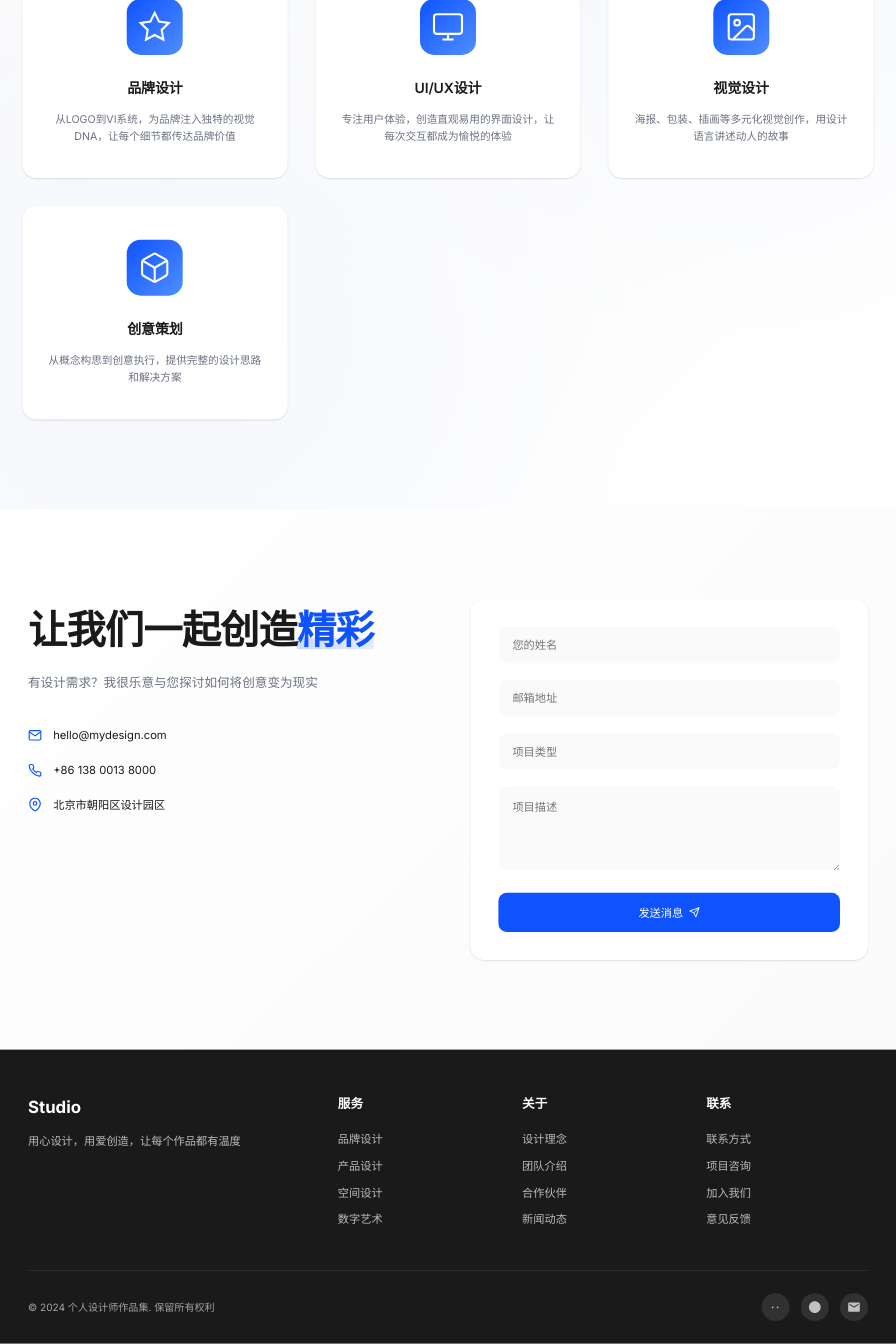
Repository: Nanzhexi/zhexi.github.io
Page: index.html
An editor plug-in stored every save of this project. The page is shown before and after the next save, followed by the edit.
The browser window is 1280 px wide. The pictures show the part of the page from y = 2638 to 4558 px (the page is 4558 px tall before and 3786 px after), at 70% of full size.

Above is the page before, as saved 2025-07-03 03:53:30.

### index.html
<!DOCTYPE html>
<html lang="zh-CN">
<head>
    <meta charset="UTF-8">
    <meta name="viewport" content="width=device-width, initial-scale=1.0">
    <title>个人设计师作品集</title>
    <link rel="stylesheet" href="./css/index.css">
    <link rel="preconnect" href="https://fonts.googleapis.com">
    <link rel="preconnect" href="https://fonts.gstatic.com" crossorigin>
    <link href="https://fonts.googleapis.com/css2?family=Inter:wght@300;400;500;600;700&display=swap" rel="stylesheet">
</head>

<body>
    <nav class="navbar">
        <div class="nav-brand">个人设计网站</div>
        <div class="nav-links">
            <a href="#hero" class="nav-link active">首页</a>
            <a href="#portfolio" class="nav-link">作品</a>
            <a href="#services" class="nav-link">关于我们</a>
        </div>
    </nav>

    <main id="hero" class="hero">
        <div class="hero-content">
            <h1 class="hero-title">
                我是<span class="highlight">视觉设计师</span><br>
                创造有温度的设计
            </h1>
            <p class="hero-subtitle">
                专注品牌视觉、UI/UX设计与创意表达，用设计连接人与美好
            </p>
            <button class="cta-button" onclick="document.getElementById('portfolio').scrollIntoView({behavior: 'smooth'})">
                查看作品
                <svg width="16" height="16" viewBox="0 0 24 24" fill="none" stroke="currentColor" stroke-width="2">
                    <path d="M5 12h14M12 5l7 7-7 7"/>
                </svg>
            </button>
        </div>
    </main>

    <section id="portfolio" class="portfolio">
        <div class="portfolio-content">
            <h2 class="portfolio-title">我的作品</h2>
            <p class="portfolio-subtitle">每一个项目都承载着我对设计的理解与热爱</p>

            <div class="portfolio-grid">
                <div class="portfolio-item large">
                    <img src="./images/1.png" alt="设计作品1" loading="lazy">
                    <div class="portfolio-overlay">
                        <div class="portfolio-info">
                            <h3>品牌视觉设计</h3>
                            <p>创意海报设计</p>
                        </div>
                    </div>
                </div>

                <div class="portfolio-item">
                    <img src="./images/2.jpg" alt="设计作品2" loading="lazy">
                    <div class="portfolio-overlay">
                        <div class="portfolio-info">
                            <h3>产品包装</h3>
                            <p>时尚配饰设计</p>
                        </div>
                    </div>
                </div>

                <div class="portfolio-item">
                    <img src="./images/3.jpg" alt="设计作品3" loading="lazy">
                    <div class="portfolio-overlay">
                        <div class="portfolio-info">
                            <h3>陶瓷艺术</h3>
                            <p>传统工艺现代化</p>
                        </div>
                    </div>
                </div>

                <div class="portfolio-item">
                    <img src="./images/4.jpg" alt="设计作品4" loading="lazy">
                    <div class="portfolio-overlay">
                        <div class="portfolio-info">
                            <h3>品牌形象</h3>
                            <p>可爱IP设计</p>
                        </div>
                    </div>
                </div>

                <div class="portfolio-item">
                    <img src="./images/6.png" alt="设计作品5" loading="lazy">
                    <div class="portfolio-overlay">
                        <div class="portfolio-info">
                            <h3>空间设计</h3>
                            <p>商业空间规划</p>
                        </div>
                    </div>
                </div>

                <div class="portfolio-item">
                    <img src="./images/7.png" alt="设计作品6" loading="lazy">
                    <div class="portfolio-overlay">
                        <div class="portfolio-info">
                            <h3>餐饮品牌</h3>
                            <p>传统文化融合</p>
                        </div>
                    </div>
                </div>

                <div class="portfolio-item">
                    <img src="./images/8.png" alt="设计作品7" loading="lazy">
                    <div class="portfolio-overlay">
                        <div class="portfolio-info">
                            <h3>数字艺术</h3>
                            <p>创新视觉表达</p>
                        </div>
                    </div>
                </div>
            </div>

            <button class="portfolio-button">
                查看更多作品
                <svg width="16" height="16" viewBox="0 0 24 24" fill="none" stroke="currentColor" stroke-width="2">
                    <path d="M5 12h14M12 5l7 7-7 7"/>
                </svg>
            </button>
        </div>
    </section>

    <!-- Services Section -->
    <section id="services" class="services">
        <div class="services-content">
            <div class="services-header">
                <h2 class="services-title">设计能力 <span class="highlight">全面覆盖</span></h2>
                <p class="services-subtitle">从概念到落地，我能为您提供完整的设计解决方案</p>
            </div>

            <div class="services-grid">
                <div class="service-card">
                    <div class="service-icon">
                        <svg width="48" height="48" viewBox="0 0 24 24" fill="none" stroke="currentColor" stroke-width="1.5">
                            <path d="M12 2l3.09 6.26L22 9.27l-5 4.87 1.18 6.88L12 17.77l-6.18 3.25L7 14.14 2 9.27l6.91-1.01L12 2z"/>
                        </svg>
                    </div>
                    <h3 class="service-title">品牌设计</h3>
                    <p class="service-description">从LOGO到VI系统，为品牌注入独特的视觉DNA，让每个细节都传达品牌价值</p>
                </div>

                <div class="service-card">
                    <div class="service-icon">
                        <svg width="48" height="48" viewBox="0 0 24 24" fill="none" stroke="currentColor" stroke-width="1.5">
                            <rect x="2" y="3" width="20" height="14" rx="2" ry="2"/>
                            <line x1="8" y1="21" x2="16" y2="21"/>
                            <line x1="12" y1="17" x2="12" y2="21"/>
                        </svg>
                    </div>
                    <h3 class="service-title">UI/UX设计</h3>
                    <p class="service-description">专注用户体验，创造直观易用的界面设计，让每次交互都成为愉悦的体验</p>
                </div>

                <div class="service-card">
                    <div class="service-icon">
                        <svg width="48" height="48" viewBox="0 0 24 24" fill="none" stroke="currentColor" stroke-width="1.5">
                            <rect x="3" y="3" width="18" height="18" rx="2" ry="2"/>
                            <circle cx="9" cy="9" r="2"/>
                            <path d="M21 15l-3.086-3.086a2 2 0 0 0-2.828 0L6 21"/>
                        </svg>
                    </div>
                    <h3 class="service-title">视觉设计</h3>
                    <p class="service-description">海报、包装、插画等多元化视觉创作，用设计语言讲述动人的故事</p>
                </div>

                <div class="service-card">
                    <div class="service-icon">
                        <svg width="48" height="48" viewBox="0 0 24 24" fill="none" stroke="currentColor" stroke-width="1.5">
                            <path d="M21 16V8a2 2 0 0 0-1-1.73l-7-4a2 2 0 0 0-2 0l-7 4A2 2 0 0 0 3 8v8a2 2 0 0 0 1 1.73l7 4a2 2 0 0 0 2 0l7-4A2 2 0 0 0 21 16z"/>
                            <polyline points="3.27,6.96 12,12.01 20.73,6.96"/>
                            <line x1="12" y1="22.08" x2="12" y2="12"/>
                        </svg>
                    </div>
                    <h3 class="service-title">创意策划</h3>
                    <p class="service-description">从概念构思到创意执行，提供完整的设计思路和解决方案</p>
                </div>
            </div>
        </div>
    </section>

    <!-- Contact Section -->
    <section id="contact" class="contact">
        <div class="contact-content">
            <div class="contact-text">
                <h2 class="contact-title">让我们一起创造<span class="highlight">精彩</span></h2>
                <p class="contact-subtitle">有设计需求？我很乐意与您探讨如何将创意变为现实</p>

                <div class="contact-info">
                    <div class="contact-item">
                        <svg width="20" height="20" viewBox="0 0 24 24" fill="none" stroke="currentColor" stroke-width="2">
                            <path d="M4 4h16c1.1 0 2 .9 2 2v12c0 1.1-.9 2-2 2H4c-1.1 0-2-.9-2-2V6c0-1.1.9-2 2-2z"/>
                            <polyline points="22,6 12,13 2,6"/>
                        </svg>
                        <span>hello@mydesign.com</span>
                    </div>

                    <div class="contact-item">
                        <svg width="20" height="20" viewBox="0 0 24 24" fill="none" stroke="currentColor" stroke-width="2">
                            <path d="M22 16.92v3a2 2 0 0 1-2.18 2 19.79 19.79 0 0 1-8.63-3.07 19.5 19.5 0 0 1-6-6 19.79 19.79 0 0 1-3.07-8.67A2 2 0 0 1 4.11 2h3a2 2 0 0 1 2 1.72 12.84 12.84 0 0 0 .7 2.81 2 2 0 0 1-.45 2.11L8.09 9.91a16 16 0 0 0 6 6l1.27-1.27a2 2 0 0 1 2.11-.45 12.84 12.84 0 0 0 2.81.7A2 2 0 0 1 22 16.92z"/>
                        </svg>
                        <span>+86 138 0013 8000</span>
                    </div>

                    <div class="contact-item">
                        <svg width="20" height="20" viewBox="0 0 24 24" fill="none" stroke="currentColor" stroke-width="2">
                            <path d="M21 10c0 7-9 13-9 13s-9-6-9-13a9 9 0 0 1 18 0z"/>
                            <circle cx="12" cy="10" r="3"/>
                        </svg>
                        <span>北京市朝阳区设计园区</span>
                    </div>
                </div>
            </div>

            <div class="contact-form">
                <form>
                    <div class="form-group">
                        <input type="text" placeholder="您的姓名" required>
                    </div>
                    <div class="form-group">
                        <input type="email" placeholder="邮箱地址" required>
                    </div>
                    <div class="form-group">
                        <input type="text" placeholder="项目类型">
                    </div>
                    <div class="form-group">
                        <textarea placeholder="项目描述" rows="4" required></textarea>
                    </div>
                    <button type="submit" class="submit-button">
                        发送消息
                        <svg width="16" height="16" viewBox="0 0 24 24" fill="none" stroke="currentColor" stroke-width="2">
                            <line x1="22" y1="2" x2="11" y2="13"/>
                            <polygon points="22,2 15,22 11,13 2,9 22,2"/>
                        </svg>
                    </button>
                </form>
            </div>
        </div>
    </section>

    <!-- Footer -->
    <footer class="footer">
        <div class="footer-content">
            <div class="footer-left">
                <div class="footer-brand">Studio</div>
                <p>用心设计，用爱创造，让每个作品都有温度</p>
            </div>

            <div class="footer-links">
                <div class="footer-column">
                    <h4>服务</h4>
                    <a href="#">品牌设计</a>
                    <a href="#">产品设计</a>
                    <a href="#">空间设计</a>
                    <a href="#">数字艺术</a>
                </div>

                <div class="footer-column">
                    <h4>关于</h4>
                    <a href="#">设计理念</a>
                    <a href="#">团队介绍</a>
                    <a href="#">合作伙伴</a>
                    <a href="#">新闻动态</a>
                </div>

                <div class="footer-column">
                    <h4>联系</h4>
                    <a href="#">联系方式</a>
                    <a href="#">项目咨询</a>
                    <a href="#">加入我们</a>
                    <a href="#">意见反馈</a>
                </div>
            </div>
        </div>

        <div class="footer-bottom">
            <p>&copy; 2024 个人设计师作品集. 保留所有权利</p>
            <div class="social-links">
                <a href="#" aria-label="微信">
                    <svg width="20" height="20" viewBox="0 0 24 24" fill="currentColor">
                        <path d="M8.5 12.5c0 .8-.7 1.5-1.5 1.5s-1.5-.7-1.5-1.5.7-1.5 1.5-1.5 1.5.7 1.5 1.5zm7-1.5c-.8 0-1.5.7-1.5 1.5s.7 1.5 1.5 1.5 1.5-.7 1.5-1.5-.7-1.5-1.5-1.5z"/>
                    </svg>
                </a>
                <a href="#" aria-label="微博">
                    <svg width="20" height="20" viewBox="0 0 24 24" fill="currentColor">
                        <path d="M12 2C6.48 2 2 6.48 2 12s4.48 10 10 10 10-4.48 10-10S17.52 2 12 2z"/>
                    </svg>
                </a>
                <a href="#" aria-label="邮箱">
                    <svg width="20" height="20" viewBox="0 0 24 24" fill="currentColor">
                        <path d="M20 4H4c-1.1 0-1.99.9-1.99 2L2 18c0 1.1.9 2 2 2h16c1.1 0 2-.9 2-2V6c0-1.1-.9-2-2-2zm0 4l-8 5-8-5V6l8 5 8-5v2z"/>
                    </svg>
                </a>
            </div>
        </div>
    </footer>

    <script>
        // 平滑滚动导航
        document.querySelectorAll('a[href^="#"]').forEach(anchor => {
            anchor.addEventListener('click', function (e) {
                e.preventDefault();
                const target = document.querySelector(this.getAttribute('href'));
                if (target) {
                    target.scrollIntoView({
                        behavior: 'smooth',
                        block: 'start'
                    });
                }
            });
        });

        // 导航栏滚动效果和活动状态
        window.addEventListener('scroll', () => {
            const navbar = document.querySelector('.navbar');
            const sections = document.querySelectorAll('section, main');
            const navLinks = document.querySelectorAll('.nav-link');

            // 导航栏背景效果
            if (window.scrollY > 50) {
                navbar.classList.add('scrolled');
            } else {
                navbar.classList.remove('scrolled');
            }

            // 活动状态
            let current = '';
            sections.forEach(section => {
                const sectionTop = section.offsetTop;
                const sectionHeight = section.clientHeight;
                if (scrollY >= (sectionTop - 200)) {
                    current = section.getAttribute('id');
                }
            });

            navLinks.forEach(link => {
                link.classList.remove('active');
                if (link.getAttribute('href') === `#${current}`) {
                    link.classList.add('active');
                }
            });
        });

        // 表单提交处理
        document.querySelector('form').addEventListener('submit', function(e) {
            e.preventDefault();

            // 获取表单数据
            const formData = new FormData(this);
            const name = this.querySelector('input[type="text"]').value;
            const email = this.querySelector('input[type="email"]').value;
            const project = this.querySelector('input[type="text"]:nth-of-type(2)').value;
            const message = this.querySelector('textarea').value;

            // 简单验证
            if (!name || !email || !message) {
                alert('请填写必填字段');
                return;
            }

            // 模拟发送成功
            alert('消息发送成功！我们会尽快回复您。');
            this.reset();
        });
    </script>
</body>
</html>

Loaded but not shown: css/index.css (1106 lines, source omitted)

After the next save:
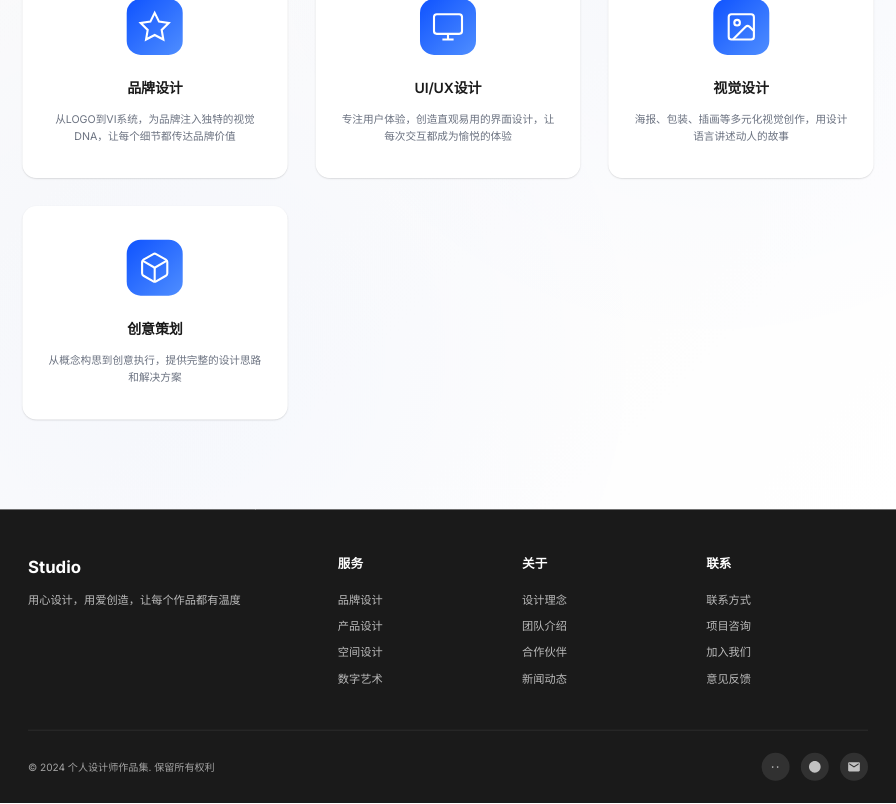
Console error: TypeError: Cannot read properties of null (reading 'addEventListener')
Saved 23 s later.
--- a/index.html
+++ b/index.html
@@ -182,64 +182,7 @@
         </div>
     </section>
 
-    <!-- Contact Section -->
-    <section id="contact" class="contact">
-        <div class="contact-content">
-            <div class="contact-text">
-                <h2 class="contact-title">让我们一起创造<span class="highlight">精彩</span></h2>
-                <p class="contact-subtitle">有设计需求？我很乐意与您探讨如何将创意变为现实</p>
-
-                <div class="contact-info">
-                    <div class="contact-item">
-                        <svg width="20" height="20" viewBox="0 0 24 24" fill="none" stroke="currentColor" stroke-width="2">
-                            <path d="M4 4h16c1.1 0 2 .9 2 2v12c0 1.1-.9 2-2 2H4c-1.1 0-2-.9-2-2V6c0-1.1.9-2 2-2z"/>
-                            <polyline points="22,6 12,13 2,6"/>
-                        </svg>
-                        <span>hello@mydesign.com</span>
-                    </div>
-
-                    <div class="contact-item">
-                        <svg width="20" height="20" viewBox="0 0 24 24" fill="none" stroke="currentColor" stroke-width="2">
-                            <path d="M22 16.92v3a2 2 0 0 1-2.18 2 19.79 19.79 0 0 1-8.63-3.07 19.5 19.5 0 0 1-6-6 19.79 19.79 0 0 1-3.07-8.67A2 2 0 0 1 4.11 2h3a2 2 0 0 1 2 1.72 12.84 12.84 0 0 0 .7 2.81 2 2 0 0 1-.45 2.11L8.09 9.91a16 16 0 0 0 6 6l1.27-1.27a2 2 0 0 1 2.11-.45 12.84 12.84 0 0 0 2.81.7A2 2 0 0 1 22 16.92z"/>
-                        </svg>
-                        <span>+86 138 0013 8000</span>
-                    </div>
-
-                    <div class="contact-item">
-                        <svg width="20" height="20" viewBox="0 0 24 24" fill="none" stroke="currentColor" stroke-width="2">
-                            <path d="M21 10c0 7-9 13-9 13s-9-6-9-13a9 9 0 0 1 18 0z"/>
-                            <circle cx="12" cy="10" r="3"/>
-                        </svg>
-                        <span>北京市朝阳区设计园区</span>
-                    </div>
-                </div>
-            </div>
-
-            <div class="contact-form">
-                <form>
-                    <div class="form-group">
-                        <input type="text" placeholder="您的姓名" required>
-                    </div>
-                    <div class="form-group">
-                        <input type="email" placeholder="邮箱地址" required>
-                    </div>
-                    <div class="form-group">
-                        <input type="text" placeholder="项目类型">
-                    </div>
-                    <div class="form-group">
-                        <textarea placeholder="项目描述" rows="4" required></textarea>
-                    </div>
-                    <button type="submit" class="submit-button">
-                        发送消息
-                        <svg width="16" height="16" viewBox="0 0 24 24" fill="none" stroke="currentColor" stroke-width="2">
-                            <line x1="22" y1="2" x2="11" y2="13"/>
-                            <polygon points="22,2 15,22 11,13 2,9 22,2"/>
-                        </svg>
-                    </button>
-                </form>
-            </div>
-        </div>
-    </section>
+
 
     <!-- Footer -->
     <footer class="footer">

After the 2 saves that followed:
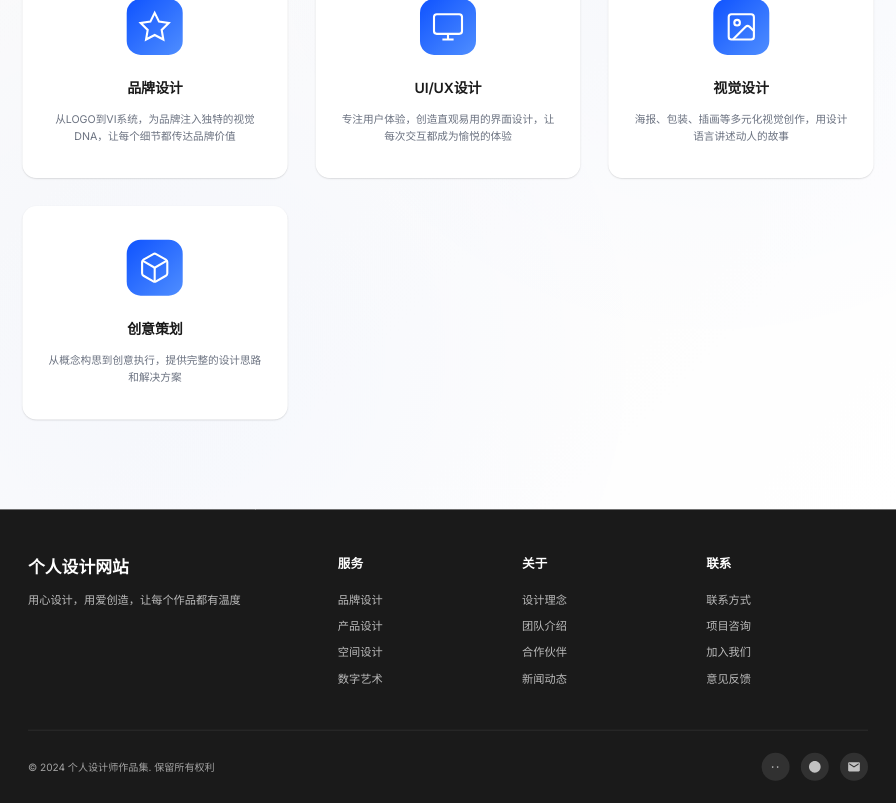
The error is gone.
The 2 saves are shown as one change because 1 left the picture as it was.
The last was saved 26 s later.
--- a/index.html
+++ b/index.html
@@ -188,7 +188,7 @@
     <footer class="footer">
         <div class="footer-content">
             <div class="footer-left">
-                <div class="footer-brand">Studio</div>
+                <div class="footer-brand">个人设计网站</div>
                 <p>用心设计，用爱创造，让每个作品都有温度</p>
             </div>
 
@@ -287,27 +287,7 @@
             });
         });
 
-        // 表单提交处理
-        document.querySelector('form').addEventListener('submit', function(e) {
-            e.preventDefault();
-
-            // 获取表单数据
-            const formData = new FormData(this);
-            const name = this.querySelector('input[type="text"]').value;
-            const email = this.querySelector('input[type="email"]').value;
-            const project = this.querySelector('input[type="text"]:nth-of-type(2)').value;
-            const message = this.querySelector('textarea').value;
-
-            // 简单验证
-            if (!name || !email || !message) {
-                alert('请填写必填字段');
-                return;
-            }
-
-            // 模拟发送成功
-            alert('消息发送成功！我们会尽快回复您。');
-            this.reset();
-        });
+
     </script>
 </body>
 </html>
